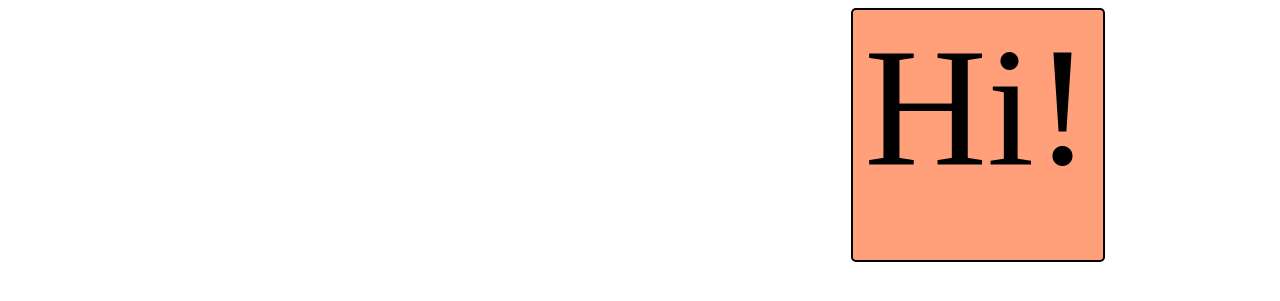
Repository: nottonofclay/csi_waymo
Page: animations/animations.html
An editor plug-in stored every save of this project. The page is shown before and after the next save, followed by the edit.
The browser window is 1280 px wide. The pictures show the whole page.

Above is the page before, as saved 2023-07-06 12:45:20.

### animations/animations.html
<!DOCTYPE html>
<html lang="en">
<head>
    <meta charset="UTF-8">
    <meta name="viewport" content="width=device-width, initial-scale=1.0">
    <title>Document</title>
    <link rel="stylesheet" href="animations.css">
</head>
<body>
    <div id="box1">Hi!</div>
</body>
</html>

### animations/animations.css
#box1 {
    border: 2px solid;
    border-radius: 5px;
    width: 250px;
    height: 250px;
    background: lightsalmon;
    font-size: 170px;
    text-align: center;

    /* animation: mySlide;
    animation-play-state: running;
    animation-iteration-count: infinite;
    animation-delay: 0;
    animation-timing-function: ease-out;
    animation-duration: 3s; */
    /* duration | time func | delay | iter count | playstate | name */
    animation: 3s linear 0s 10 running mySlide;
}

#box1:hover {
    animation: 1s linear 0s infinite running myRotate;
}

#box1:active {
    animation: 1s linear 0s infinite running myOpacity;
}

@keyframes mySlide {
    from {margin-left: 0%}
    to {margin-left: 100%}
}

@keyframes myRotate {
    100%{transform: rotateZ(360deg);}
}

@keyframes myOpacity {
    50% {opacity: 0;}
}

@keyframes myColorChange {
    0% {background-color:red;}
    20% {background-color: orange;}
    40% {background-color: yellow;}
    60% {background-color: green;}
    80% {background-color: blue;}
    100% {background-color: purple;}
}

After the next save:
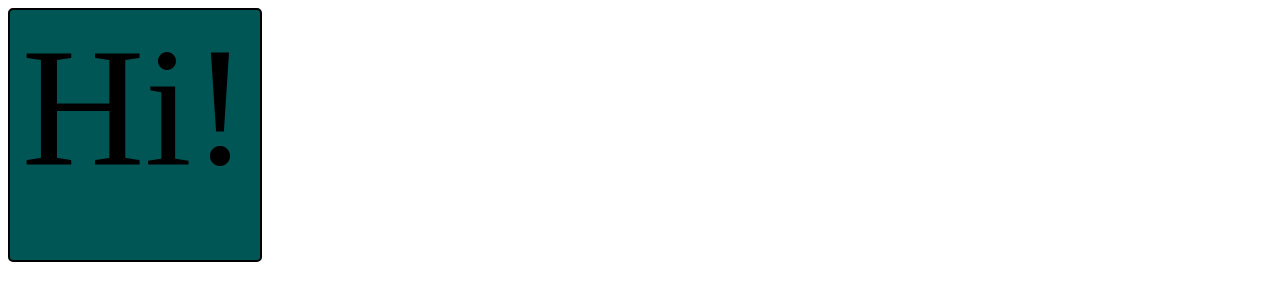
Saved 6 s later.
--- a/animations/animations.css
+++ b/animations/animations.css
@@ -14,7 +14,7 @@
     animation-timing-function: ease-out;
     animation-duration: 3s; */
     /* duration | time func | delay | iter count | playstate | name */
-    animation: 3s linear 0s 10 running mySlide;
+    animation: 3s linear 0s 10 running myColorChange;
 }
 
 #box1:hover {
